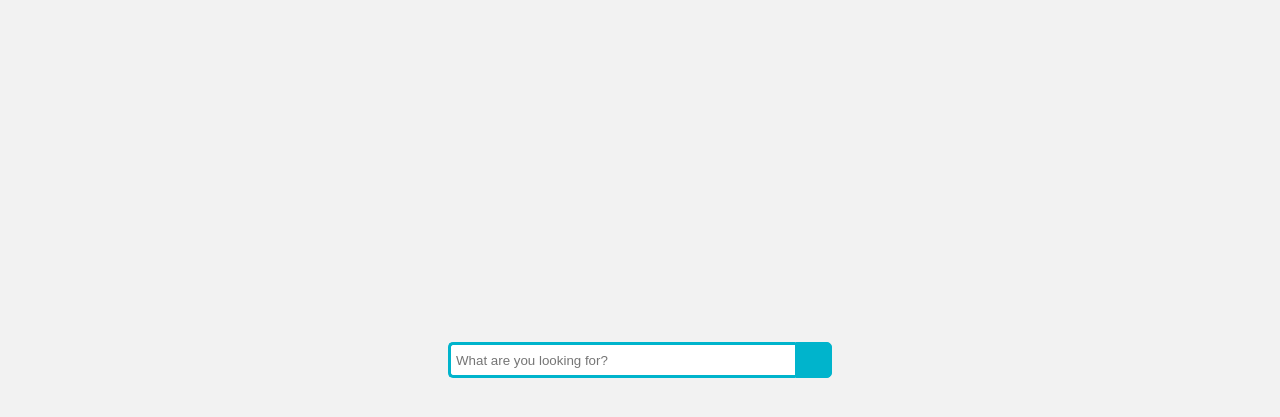
Repository: chenhongye11/DiDongBaBong
Page: didongbabong/src/main/webapp/public/start.html
The author's editor kept a copy of each file at every save. The page is drawn from the files as they stood at one save, then again after the next save.
The browser window is 1280 px wide. The pictures show the whole page.

Above is the page before, as saved 2021-01-31 04:53:34.

After the next save:
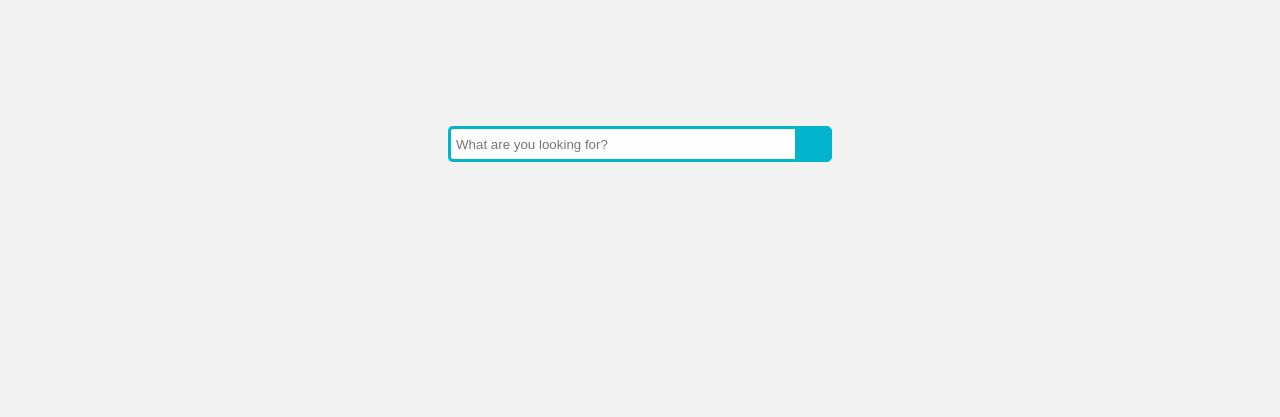
Saved 16 min 34 s later.
--- a/didongbabong/src/main/webapp/public/start.html
+++ b/didongbabong/src/main/webapp/public/start.html
@@ -46,7 +46,7 @@
 .wrap{
   width: 30%;
   position: absolute;
-  top: 50%;
+  top: 20%;
   left: 50%;
   transform: translate(-50%, -50%);
 }

After the save that followed:
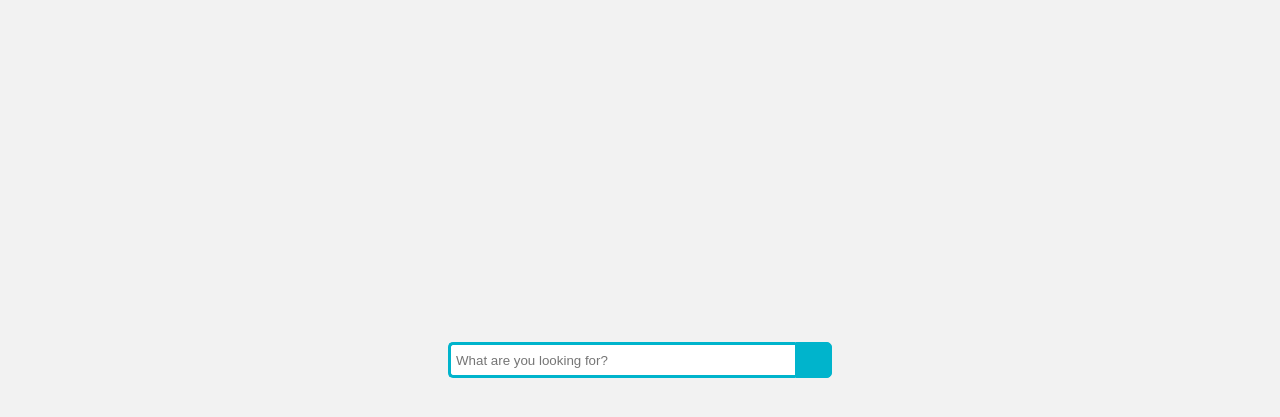
Saved 11 s later.
--- a/didongbabong/src/main/webapp/public/start.html
+++ b/didongbabong/src/main/webapp/public/start.html
@@ -46,7 +46,7 @@
 .wrap{
   width: 30%;
   position: absolute;
-  top: 20%;
+  top: 50%;
   left: 50%;
   transform: translate(-50%, -50%);
 }
